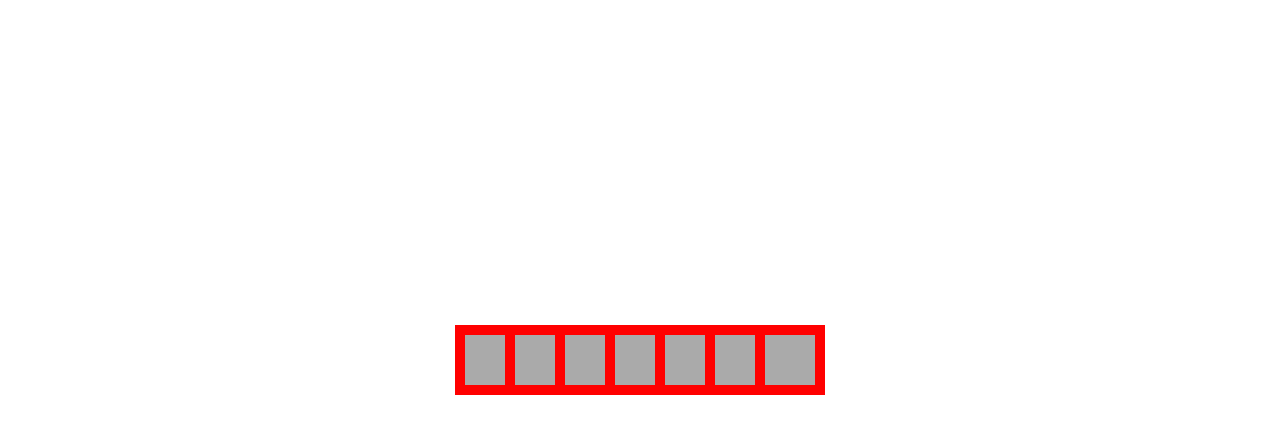
Repository: hao-xh/test
Page: vscode/index.html
An editor plug-in stored every save of this project. The page is shown before and after the next save, followed by the edit.
The browser window is 1280 px wide. The pictures show the whole page.

Above is the page before, as saved 2019-03-20 12:03:45.

After the next save:
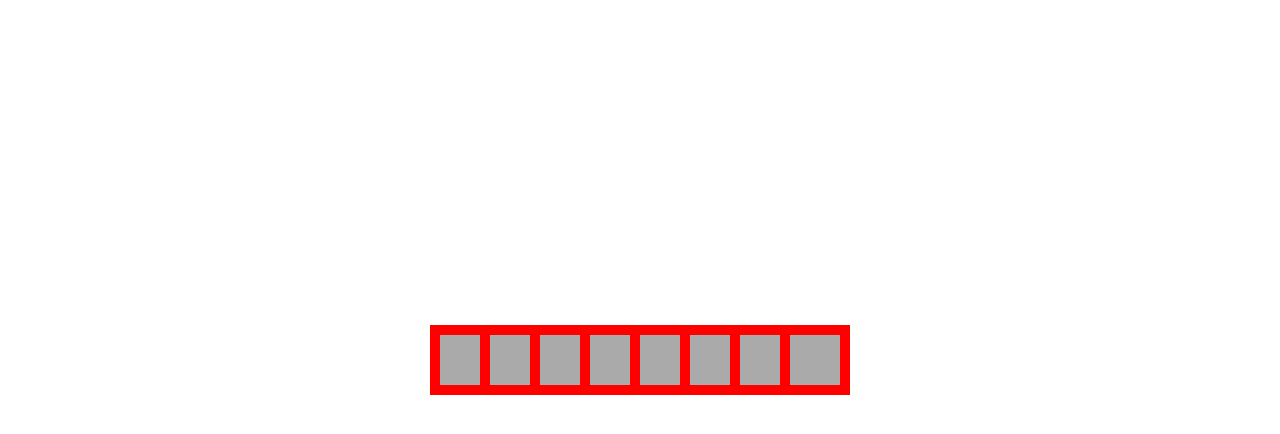
Saved 33 s later.
--- a/vscode/index.html
+++ b/vscode/index.html
@@ -2,17 +2,17 @@
 <html lang="en">
 
 <head>
-    <meta charset="UTF-8">
-    <meta name="viewport" content="width=device-width, initial-scale=1.0">
-    <meta http-equiv="X-UA-Compatible" content="ie=edge">
-    <title>Document</title>
-    <link rel="stylesheet" href="./css/index.css">
+  <meta charset="UTF-8">
+  <meta name="viewport" content="width=device-width, initial-scale=1.0">
+  <meta http-equiv="X-UA-Compatible" content="ie=edge">
+  <title>Document</title>
+  <link rel="stylesheet" href="./css/index.css">
 </head>
 
 <body>
-    <!-- <a href="https://aaaaaa.html">1111</a> -->
+  <!-- <a href="https://aaaaaa.html">1111</a> -->
 
-    <!-- <video src=""></video>
+  <!-- <video src=""></video>
   <audio src=""></audio>
   <canvas></canvas>
   <header></header>
@@ -20,38 +20,41 @@
   <aside></aside>
   <section></section>
   <footer></footer> -->
-    <div></div>
-    <div></div>
-    <div></div>
+  <div></div>
+  <div></div>
+  <div></div>
 
 
-    <div></div>
+  <div></div>
 
 
 
 
-    <div></div>
+  <div></div>
 
 
-    <div></div>
+  <div></div>
 
 
-    <div></div>
+  <div></div>
+
+
+  <div></div>
 </body>
 <script src="./js/index.js"></script>
 <script>
-    // window.onload() => {
+  // window.onload() => {
 
-    // }
-    // let a = [1, 2, 3];
+  // }
+  // let a = [1, 2, 3];
 
-    // window.onload = function () {
-    //   console.log('Hello Word!');
-    // }
-    // $('a').addEventListener('click',function(ev) {
-    //   ev.preventDefault();
-    //   console.log(1);
-    // })
+  // window.onload = function () {
+  //   console.log('Hello Word!');
+  // }
+  // $('a').addEventListener('click',function(ev) {
+  //   ev.preventDefault();
+  //   console.log(1);
+  // })
 </script>
 
 </html>
